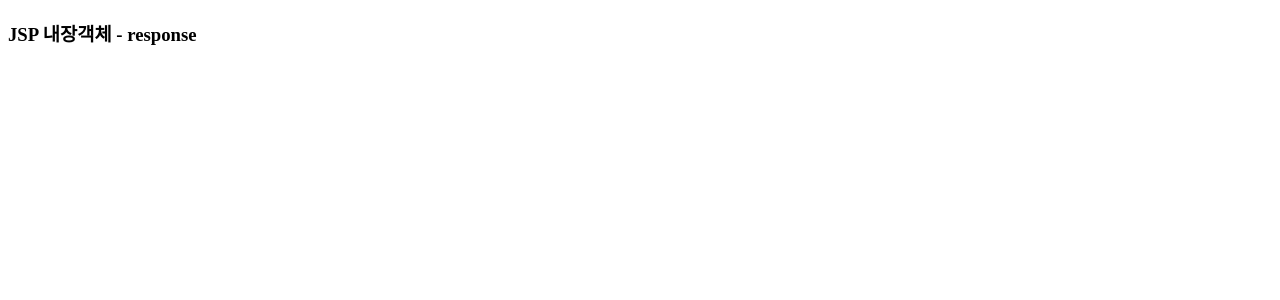
Repository: 2017112847/Jsp
Page: http://localhost/ch03/2_response.jsp
These files come from the project's save history. The page is drawn as it stood at one moment and after the next save; the edit follows.
The browser window is 1280 px wide. The pictures show the whole page.
The page is served by Tomcat 9.

Above is the page before, as saved 2025-07-28 06:07:11.

After the next save:
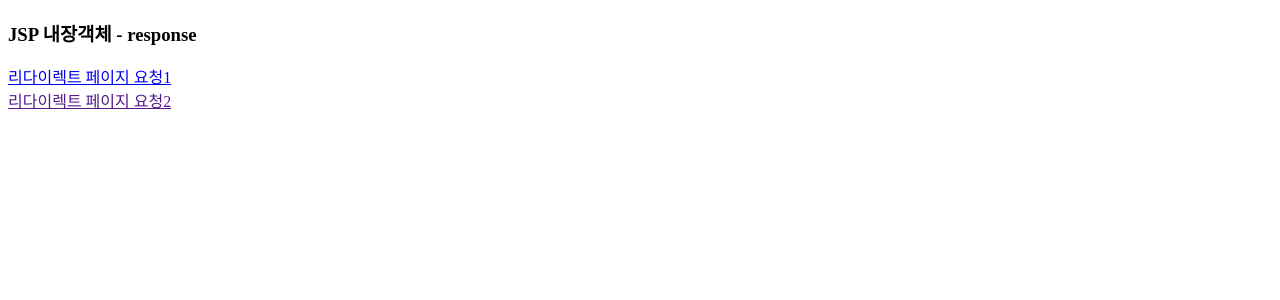
Saved 81 s later.
--- a/ch03/src/main/webapp/2_response.jsp
+++ b/ch03/src/main/webapp/2_response.jsp
@@ -10,5 +10,7 @@
 </head>
 <body>
 	<h3>JSP 내장객체 - response</h3>
+	<a href = "./proc/redirect1.jsp">리다이렉트 페이지 요청1</a><br/>
+	<a href = "">리다이렉트 페이지 요청2</a>
 </body>
 </html>
